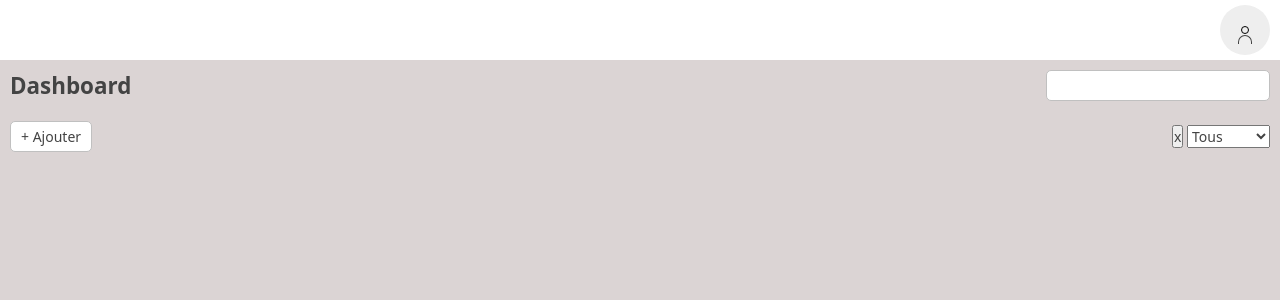
Repository: zpaulange/task_manager
Page: dashboard/index.html
These files come from the project's save history. The page is drawn as it stood at one moment and after a run of saves; the edit follows.
The browser window is 1280 px wide. The pictures show the whole page.
The pointer rests on the first visible `.main_header_actions_btn`.

Above is the page before, as saved 2025-03-06 14:58:42.

After the next 4 saves:
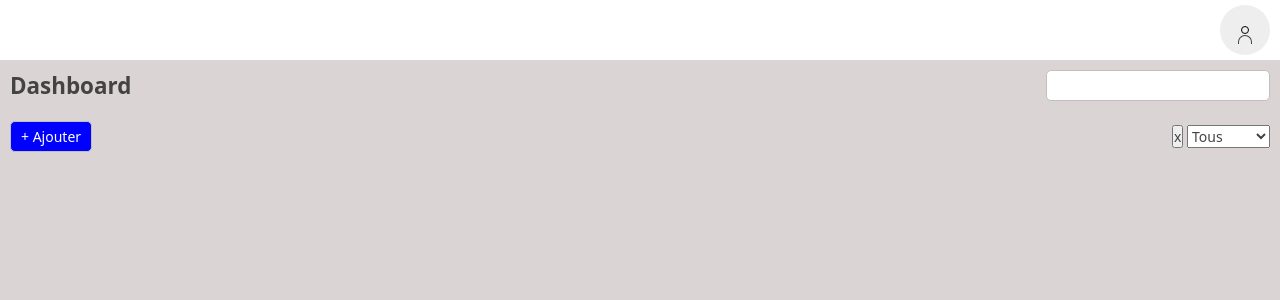
The 4 saves are shown as one change because they came seconds apart.
The last was saved 19 s later.
--- a/assets/styles/dashboard/style.css
+++ b/assets/styles/dashboard/style.css
@@ -121,3 +121,7 @@ input:focus{
   cursor: pointer;
   transition: .2s;
 }
+.main_header_actions_btn:hover{
+  background-color:blue;
+  color:#fff;
+}
